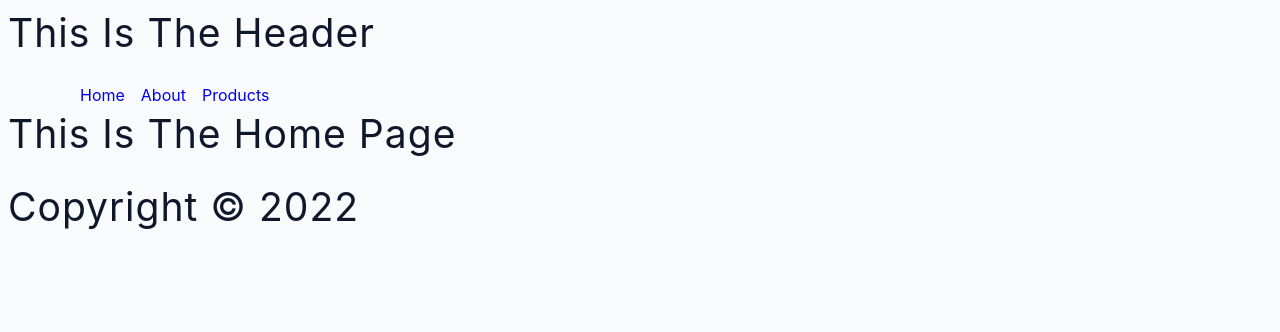
Repository: kennedyowusu/react-router-tutorial
Page: /
The author's editor kept a copy of each file at every save. The page is drawn from the files as they stood at one save, then again after the next save.
The browser window is 1280 px wide. The pictures show the whole page.
The project was rebuilt for these pictures with package versions that can differ from the ones it lists, and the page was loaded fresh each time. Also part of the build but not shown: src/pages/About.js, src/pages/Products.js, src/pages/Error.js.

Above is the page before, as saved 2022-12-27 16:22:32.

### src/App.js
import { BrowserRouter, Routes, Route } from "react-router-dom";
import About from "./pages/About";
import Products from "./pages/Products";
import Home from "./pages/Home";
import Error from "./pages/Error";
import SharedLayout from "./pages/SharedLayout";

function App() {
  return (
    <BrowserRouter>
      <Routes>

        <Route path="/" element={<SharedLayout />}>
          <Route index path="/" element={<Home />} />
          <Route path="about" element={<About />} />
          <Route path="products" element={<Products />} />
          <Route path="*" element={<Error />} />
        </Route>

      </Routes>
    </BrowserRouter>
  );
}

export default App;

### src/pages/Home.js

const Home = () => {
  return (
    <div className='homepage'>
      <h2>This is the Home Page</h2>
    </div>
  );
};
export default Home;

### src/pages/SharedLayout.js
import { Outlet } from 'react-router-dom';
import Header from '../components/Header';
import Navbar from '../components/Navbar';
import Footer from '../components/Footer';

const SharedLayout = () => {
  return (
    <>
      <Header />
      <Navbar />
        <Outlet />
      <Footer />
    </>
  )
}

export default SharedLayout

### src/components/Header.js
import React from 'react'

const Header = () => {
  return (
    <header>
      <h2>This is the header</h2>
    </header>
  )
}

export default Header

### src/components/Navbar.js
import React from 'react'
import { Link } from 'react-router-dom'

const Navbar = () => {
  return (
    <nav className='navbar'>
     <Link to='/'>Home</Link>
     <Link to='/about'>About</Link>
     <Link to='/products'>Products</Link>
    </nav>
  )
}

export default Navbar

### src/components/Footer.js
import React from 'react'

const Footer = () => {
  return (
    <footer>
     <h2>
      Copyright &copy; 2022
      </h2>
    </footer>
  )
}

export default Footer

Loaded but not shown: public/index.html (common file); src/index.js (common file); src/index.css (common file)

After the next save:
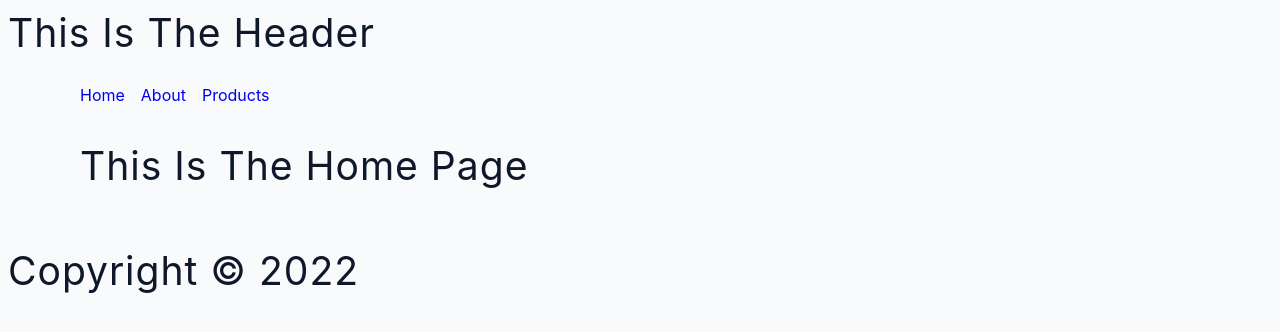
Saved 15 s later.
--- a/src/pages/Home.js
+++ b/src/pages/Home.js
@@ -1,9 +1,9 @@
 
 const Home = () => {
   return (
-    <div className='homepage'>
+    <section section className = 'section' >
       <h2>This is the Home Page</h2>
-    </div>
+    </section>
   );
 };
 export default Home;
